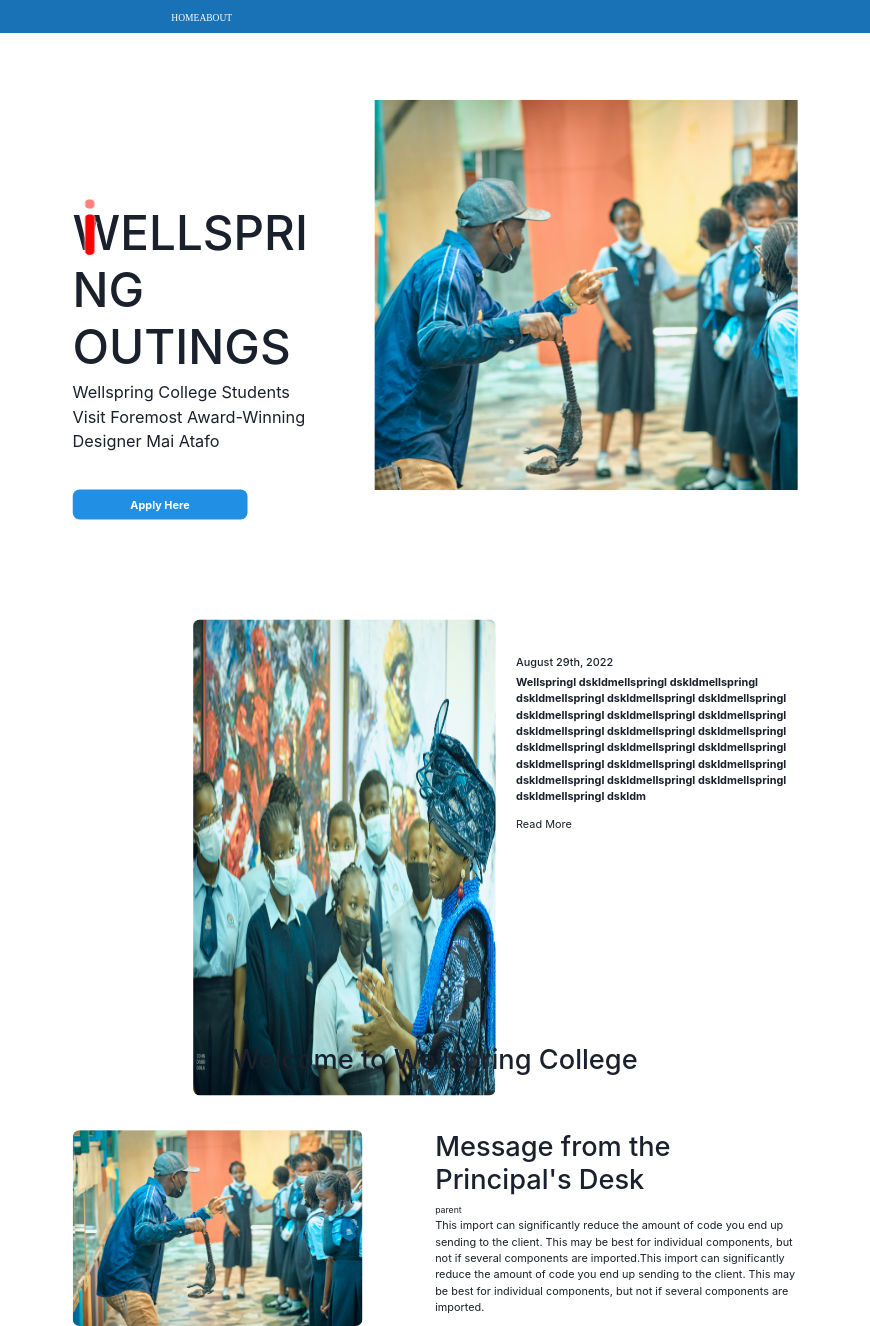
Repository: gr8skills/wellspring-school-forked
Page: /
An editor plug-in stored every save of this project. The page is shown before and after the next save, followed by the edit.
The browser window is 1280 px wide. The pictures show the whole page, at 68% of full size.
The project was rebuilt for these pictures with package versions that can differ from the ones it lists, and the page was loaded fresh each time. Also part of the build but not shown: src/components/Navbar/Dropdown.scss, src/components/Navbar/Dropdown.js, src/components/Calendar/Calendar.js.

Above is the page before, as saved 2022-12-01 18:20:42.

After the next save:
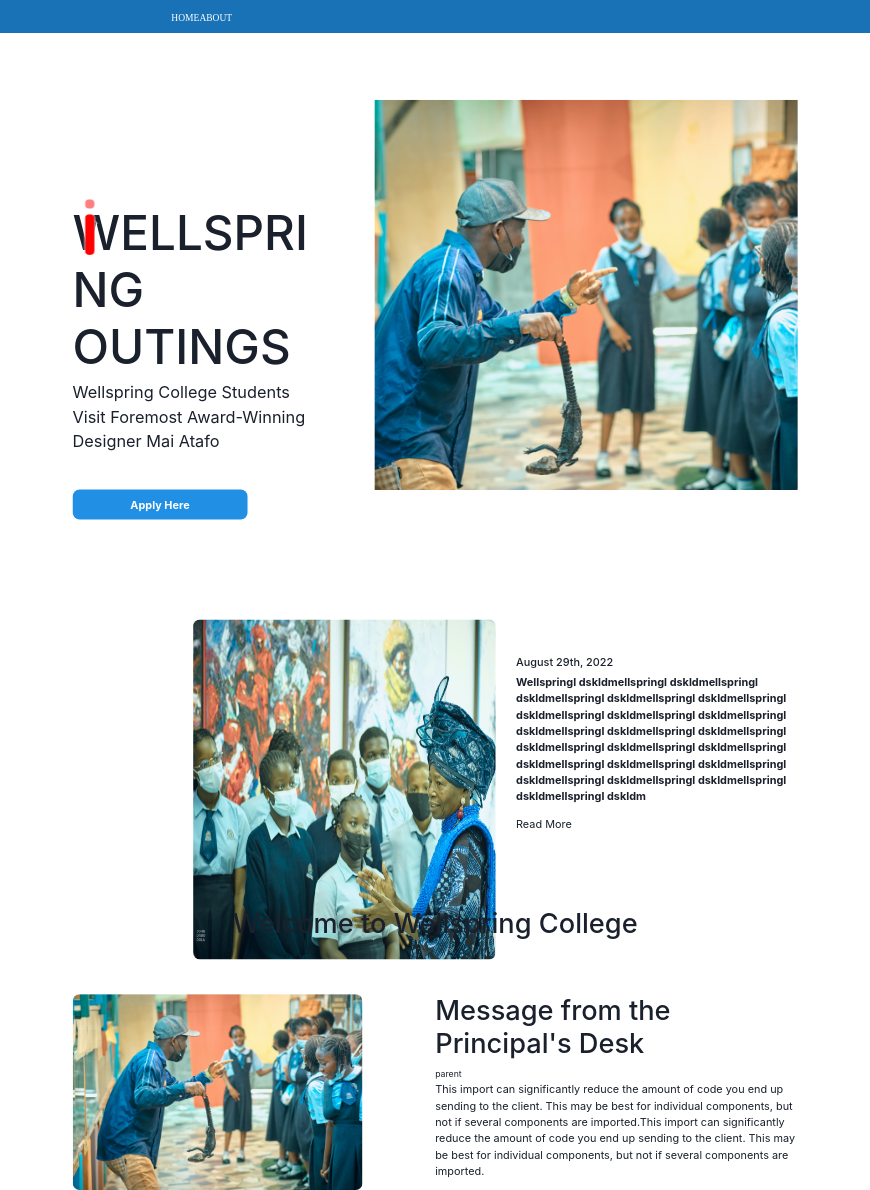
Saved 36 s later.
--- a/src/components/News/_news.scss
+++ b/src/components/News/_news.scss
@@ -4,7 +4,7 @@
     img{
         width:100%;
         border-radius: 10px;
-                margin-bottom:200px;
+
 
     }
     .news-description{
